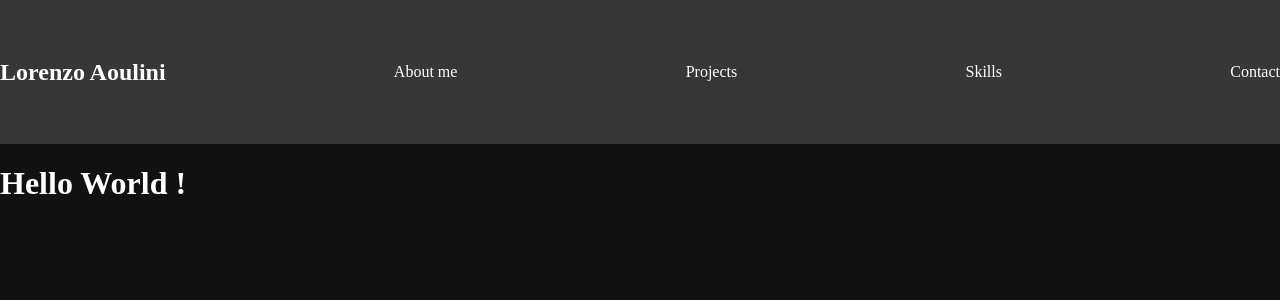
Repository: lolo298/lolo298.github.io
Page: index.html
These files come from the project's save history. The page is drawn as it stood at one moment and after the next save; the edit follows.
The browser window is 1280 px wide. The pictures show the whole page.

Above is the page before, as saved 2022-05-09 17:40:56.

### index.html
<!DOCTYPE html>
<html lang="en">

<head>
    <meta charset="UTF-8">
    <meta http-equiv="X-UA-Compatible" content="IE=edge">
    <meta name="viewport" content="width=device-width, initial-scale=1.0">
    <link rel="stylesheet" href="css/style.css">
    <title>Portfolio</title>
</head>

<body>
    <div class="main-container">
        <nav class="main-navbar">
            <h1>Lorenzo Aoulini</h1>
            <a class="main-navbar-item">
                <div href="#">About me</div>
            </a>
            <a class="main-navbar-item">
                <div href="#">Projects</div>
            </a>
            <a class="main-navbar-item">
                <div href="#">Skills</div>
            </a>
            <a class="main-navbar-item">
                <div href="#">Contact</div>
            </a>
        </nav>
        <h1>Hello World !</h1>

    </div>

</body>

</html>

### css/style.css
html {
    background-color: #111111;
}

body {
    padding: 0;
    margin: 0;
    width: 100vw;
    height: 100vh;
}

.main-container {
    color: white;
    height: 100%;
    width: 100%;
}

.main-navbar {
    background-color: #373737;
    height: 20%;
    width: 100%;
    display: flex;
    justify-content: space-between;
    align-items: center;
}

.main-navbar>* {
    margin: 0;
}

.main-navbar-list {
    width: 25%;
    display: flex;
    flex-direction: row;
    align-items: center;
    justify-content: space-between;
    list-style: none;
    margin-right: 1%;
    height: 100%;
}

.main-navbar-item {
    display: inline;
    text-decoration: none;
    color: white;
    width: max-content;
}

.main-navbar-item:hover {
    background-color: #6A6A6A;
}

After the next save:
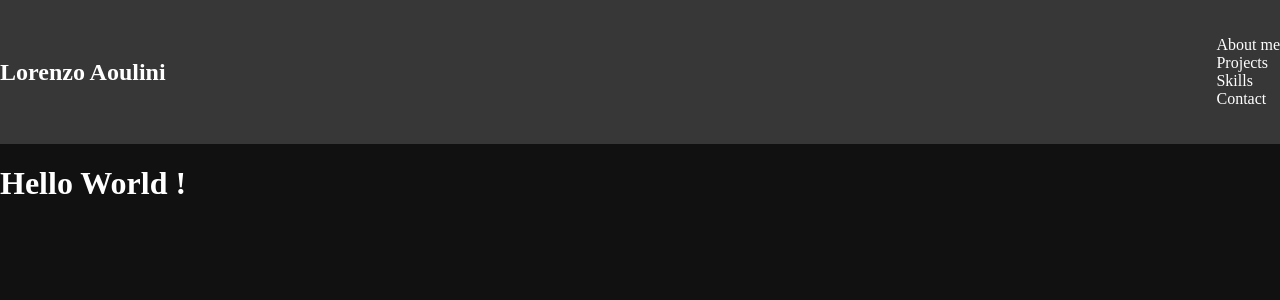
Saved 28 s later.
--- a/index.html
+++ b/index.html
@@ -13,18 +13,21 @@
     <div class="main-container">
         <nav class="main-navbar">
             <h1>Lorenzo Aoulini</h1>
-            <a class="main-navbar-item">
-                <div href="#">About me</div>
-            </a>
-            <a class="main-navbar-item">
-                <div href="#">Projects</div>
-            </a>
-            <a class="main-navbar-item">
-                <div href="#">Skills</div>
-            </a>
-            <a class="main-navbar-item">
-                <div href="#">Contact</div>
-            </a>
+            <div>
+                <a class="main-navbar-item">
+                    <div href="#">About me</div>
+                </a>
+                <a class="main-navbar-item">
+                    <div href="#">Projects</div>
+                </a>
+                <a class="main-navbar-item">
+                    <div href="#">Skills</div>
+                </a>
+                <a class="main-navbar-item">
+                    <div href="#">Contact</div>
+                </a>
+            </div>
+
         </nav>
         <h1>Hello World !</h1>
 
